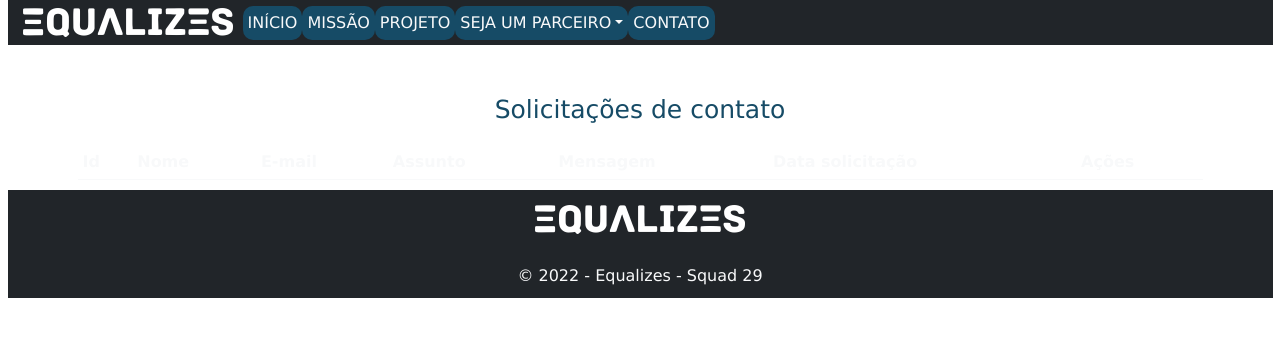
Repository: SQUAD29T3/-SpringEqualizesFinal
Page: http://localhost/admin/contato/listar
These files come from the project's save history. The page is drawn as it stood at one moment and after the next save; the edit follows.
The browser window is 1280 px wide. The pictures show the whole page.
Some web fonts or font styles are not loaded; a fallback is used. The page is this project's Thymeleaf template; nobody is signed in. The template is opened directly, without the code that normally fills it, so the values that code supplies are empty.

Above is the page before, as saved 2022-10-25 14:29:39.
Console error: TypeError: Cannot set properties of null (setting 'value')

### SpringEqualizes/src/main/resources/templates/admin/contato/listar.html
<!DOCTYPE html>
<html lang="pt-br">

<head>
	<meta charset="UTF-8">
	<meta http-equiv="X-UA-Compatible" content="IE=edge">
	<meta name="viewport" content="width=device-width, initial-scale=1.0">

	<!-- BOOTSTRAP CSS -->
	<link href="https://cdn.jsdelivr.net/npm/bootstrap@5.0.2/dist/css/bootstrap.min.css" rel="stylesheet"
		integrity="sha384-EVSTQN3/azprG1Anm3QDgpJLIm9Nao0Yz1ztcQTwFspd3yD65VohhpuuCOmLASjC" crossorigin="anonymous">

	<!-- ICON DO SITE (E) -->
	<link rel="shortcut icon" th:href="@{/img/icon.jpg}" type="image/x-icon">


	<!-- GOOGLE ICON -->
	<link rel="stylesheet"
		href="https://fonts.googleapis.com/css2?family=Material+Symbols+Outlined:opsz,wght,FILL,GRAD@48,400,0,0" />

	<!-- CSS EXTERNO -->
	<link rel="stylesheet" th:href="@{css/admin.css}">




	<title> Solicitação de contato realizada com sucesso! | Equalizes </title>

</head>

<body>


	<div class="container-fluid">

		<!-- INÍCIO MENU -->

		<div class="row">

			<div class="col-12 mb-5">

				<nav class="navbar navbar-expand-lg navbar-light bg-dark">
					<div class="container-fluid">
						<a class="navbar-brand" href="/">

							<img th:src="@{/img/logo_equalizes_white.png}" alt="logo" class="logo">

						</a>
						<button class="navbar-toggler d-lg-none" type="button" data-bs-toggle="collapse"
							data-bs-target="#collapsibleNavId" aria-controls="collapsibleNavId" aria-expanded="false"
							aria-label="Toggle navigation" style="background-color: #164B66;">
							<span class="navbar-toggler-icon"></span>
						</button>
						<div class="collapse navbar-collapse text-center" id="collapsibleNavId">
							<ul class="navbar-nav me-auto mt-2 mt-lg-0">
								<li class="nav-item active">
									<a class="nav-link text-light btn-hover" href="/admin"> INÍCIO <span
											class="visually-hidden">(current)</span></a>
								</li>
								<li class="nav-item">
									<a class="nav-link text-light btn-hover" href="/"> MISSÃO </a>
								</li>
								<li class="nav-item">
									<a class="nav-link text-light btn-hover" href="/"> PROJETO </a>
								</li>

								<li class="nav-item dropdown">
									<a class="nav-link dropdown-toggle text-light btn-hover" href="#" id="dropdownId"
										data-bs-toggle="dropdown" aria-haspopup="true" aria-expanded="false">SEJA UM
										PARCEIRO</a>
									<div class="dropdown-menu" aria-labelledby="dropdownId">
										<a class="dropdown-item text-center btn-hover"
											href="/cadastroEscola">ESCOLAS</a>

										<hr class="dropdown-divider">

										<a class="dropdown-item text-center btn-hover"
											href="/cadastroEmpresa">EMPRESAS</a>
									</div>
								</li>

								<li class="nav-item">
									<a class="nav-link text-light btn-hover" href="/contato"> CONTATO </a>
								</li>

							</ul>

						</div>
					</div>
				</nav>

			</div>

		</div>

		<!-- FIM MENU -->


		<!-- INÍCIO LISTA -->

		<main class="container">

			<div class="row">
				<div class="col-sm-12">
					<h1>Solicitações de contato</h1>
				</div>
			</div>

			<div class="row" id="table">
				<div class="col-12" id="table">
					<table class="table text-light">
						<thead>
							<tr>
								<th scope="col">Id</th>
								<th scope="col">Nome</th>
								<th scope="col">E-mail</th>
								<th scope="col">Assunto</th>
								<th scope="col">Mensagem</th>
								<th scope="col">Data solicitação</th>
								<th scope="col" colspan="2">Ações</th>
							</tr>
						</thead>
						<tbody>
							<tr th:each="contatos : ${contatos}">
								<th scope="row" th:text="${contatos.id}"></th>
								<td th:text="${contatos.nome}"></td>
								<td th:text="${contatos.email}"></td>
								<td th:text="${contatos.assunto}"></td>
								<td th:text="${contatos.mensagem}"></td>
								<td th:text="${contatos.dataContato}"></td>
								<td>

									<!--
								<a th:href="@{/{id}/editarCargo (id=${cargo.id})}" class="btn btn-warning">
									Editar
								</a>
							</td>
							<td>
								<a th:href="@{/{id}/excluirCargo (id=${cargo.id})}" class="btn btn-danger"
									onclick="return confirm('Tem certeza que deseja excluir o cargo?');">
									Excluir
								</a>-->
								</td>
							</tr>
						</tbody>
					</table>
				</div>
			</div>

			<div class="row">
				<div class="col-sm-12">

					<!-- CHAMA A VIEW DE CADASTRO E PASSA UM OBJETO VAZIO
				<a th:href="@{/cadastrarDepartamento}" class="btn btn-primary mt-5 mb-5">Cadastrar novo cargo</a>
			 -->
				</div>

			</div>






		</main>




		<!-- FIM LISTA -->


		<!-- ICON SCROLL TOP -->

		<i onclick="subirTela()" class="ri-arrow-up-s-line" id="icon-top"></i>

		<!-- ICON SCROLL TOP -->


		<!-- RODAPÉ -->

		<footer>


			<div class="row">

				<div class="col-12 text-center mt-4">

					<img th:src="@{/img/logo_equalizes_white.png}" alt="logo" class="logo">

				</div>

			</div>



			<div class="row">

				<div class="col-12 text-center mt-4">


					<div class="icon-redeSociais">

						<a href="https://github.com/SQUAD29T3" target="_blank"> <i class="ri-github-fill"></i></a>


					</div>


				</div>

			</div>


			<div class="row">
				<div class="col-12">

					<p class="text-light text-center pt-4"> &copy 2022 - Equalizes - Squad 29 </p>

				</div>
			</div>


		</footer>

		<!-- FIM RODAPÉ -->

	</div>


	<!-- INSERINDO VALOR AO INPUT DATA -->
	<script>
		const inputDate = document.querySelector('#dataContato');
		const dataHoje = new Date();

		const d = dataHoje.getDate().toString().padStart(2, '0'); // Dia com 2 digitos;
		const m = String(dataHoje.getMonth() + 1).padStart(2, '0'); // Mês com 2 digitos
		const y = dataHoje.getFullYear(); // Ano com 4 digitos


		inputDate.value = `${y}-${m}-${d}`;

	</script>


	<!-- JAVASCRIPT EXTERNO -->
	<script th:src="@{/js/all.js}"></script>


	<!-- BOOTSTRAP JS -->
	<script src="https://cdn.jsdelivr.net/npm/bootstrap@5.0.2/dist/js/bootstrap.bundle.min.js"
		integrity="sha384-MrcW6ZMFYlzcLA8Nl+NtUVF0sA7MsXsP1UyJoMp4YLEuNSfAP+JcXn/tWtIaxVXM"
		crossorigin="anonymous"></script>

</body>

</html>

### SpringEqualizes/src/main/resources/static/js/all.js

//REALIZA O SCROLL
function subirTela() {

    window.scrollTo({
        top: 0,
        left: 0,
        behavior: 'smooth'
    });

}


// CONDIÇÃO PARA MOSTRAR OU NÃO O BOTÃO

function btnScroll() {

    if (window.scrollY < 200) {
        document.getElementById("icon-top").style.display = "none";

    } else {
        document.getElementById("icon-top").style.display = "block";
    }
};

// Monitora o scroll.
window.addEventListener('scroll', btnScroll);



// MENU - ADMIN
function menuToggle() {

    let menuArea = document.getElementById("menu-area");

    if (menuArea.classList.contains('menu-aberto') == true) {

        menuArea.classList.remove('menu-aberto');

    } else {
        menuArea.classList.add('menu-aberto');
    }

}

### SpringEqualizes/src/main/resources/static/css/admin.css
* {
    margin: 0;
    padding: 0;
    box-sizing: border-box;
}


/* SCROLLBAR */

::-webkit-scrollbar {
    width: 1rem;
    height: 0.5rem;
    background-color: #212529;
}

::-webkit-scrollbar-thumb {
    background-color: #164B66;
    border-radius: 20px;
}

/* FIM SCROLLBAR */


html {
    font-size: 62.5%;
}

body {
    font-family: 'Lucida Sans', 'Lucida Sans Regular', 'Lucida Grande', 'Lucida Sans Unicode', Geneva, Verdana, sans-serif;

    font-size: 1.6rem;

}



/* INÍCIO ICON DO SCROLL TOP */

#icon-top {
    background-color: #3d4650;
    color: #ffffff;

    padding: 0.5rem 1rem;
    text-align: center;


    border-radius: 50%;
    box-shadow: 0 0 0.1rem 0.1rem #ffffff;

    display: none;

    font-size: 2rem;
    font-weight: bold;

    position: fixed;
    right: 1rem;
    bottom: 2rem;

    cursor: pointer;
}

#icon-top:hover {
    background-color:  #164B66;
}

/* FIM ICON DO SCROLL TOP */




header {
	background-color: #212529;
	height: 10vh;

	display: flex;
	justify-content: space-between;
	align-items: center;
}


.logo {
    width: 21rem;
    height: 2.9rem;
}

.menuIcon {
   background-color: #212529;
   color: #fff;
   font-size: 3rem;

   padding: 0.1rem;
   border-radius: 1rem;;

}


/* INÍCIO MENU */

aside {
    position: fixed;
    top: 0;
    right: 0;
    z-index: 999;
    display: flex;
}

/* INÍCIO ÁREA DA IMG - ICON MENU */
#menu-opener {
    width: 40px;
    height: 40px;
    cursor: pointer;
    margin-top: 1.2rem;
    margin-right: 0.5rem;
}



/* FIM ÁREA DA IMG - ICON MENU */


/* INÍCIO LISTA/MENU */

#menu-area {
    width: 0;
    height: 100vh;
    background:  #164B66;
    overflow-x: hidden;
    overflow-y: auto;
    transition: all ease .5s;
}

#menu-area ul,
#menu-area li {
    padding: 0;
    list-style: none;
}

#menu-area li {
    display: flex;
    gap: 1rem;
    align-items: center;
    padding: 1rem;
    color: #fff;
    cursor: pointer;
}

#menu-area li:hover {
    background: #212529;
}

/* FIM LISTA/MENU */


/* APLICAÇÃO NO JS - ClassList */
.menu-aberto {
    width: 30rem !important;

}



/* FIM MENU */



.dropdown-menu {
    width: 100%;
    font-size: 1.6rem;
}





.btn-hover {
	background-color: #164B66;
	color: #fff;
	border: none;
	border-radius: 1rem;
    transition: all .2s;
}

.btn-hover:hover {
    background-color: #2EA043;
}


/* FIM MENU */







/* INÍCIO MAIN */

main {
    background-color: #fff;
    color: #3d465038;
    height: auto;
    border-radius: 1rem;
}


/* INÍCIO ADM */
.col-sm-4 > a {
	background-color: #164B66;
	color:  #fff;
	transition: all 0.2s;
	gap: 1rem;
	padding: 1rem;

	display: flex !important;
	flex-direction: column !important;

}

.col-sm-4 a:hover {
	background-color: #0C7EB3;
	color: #fff;
}








h1 {
	color: #164B66;
	text-align: center;
	margin: 2rem 0;
}


input {
	padding: 0.5rem;
}


/* FIM MAIN */


#table {
	overflow-y: auto;
}


/* INÍCIO FOOTER */

footer {
	background-color: #212529;
    height: auto;
}

.icon-redeSociais {
    font-size: 2.4rem;
}

footer i, a {
    text-decoration: none;
    color: #0C7EB3;
    cursor: pointer;
}


footer i:hover {

    color: #212529;

}

/* FIM FOOTER */




@media only screen and (max-width: 600px) {

	html {
		font-size: 55%;
	}



}

After the next save:
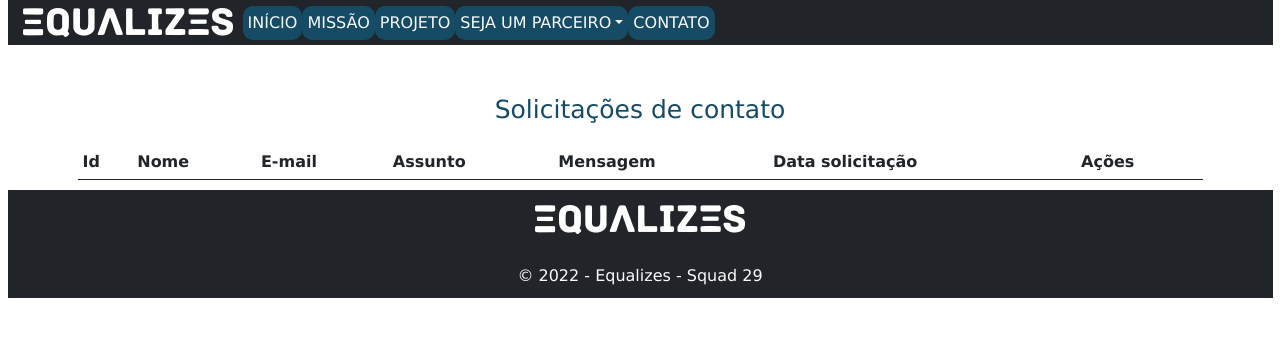
Saved 75 s later.
--- a/SpringEqualizes/src/main/resources/templates/admin/contato/listar.html
+++ b/SpringEqualizes/src/main/resources/templates/admin/contato/listar.html
@@ -108,7 +108,7 @@
 
 			<div class="row" id="table">
 				<div class="col-12" id="table">
-					<table class="table text-light">
+					<table class="table">
 						<thead>
 							<tr>
 								<th scope="col">Id</th>
